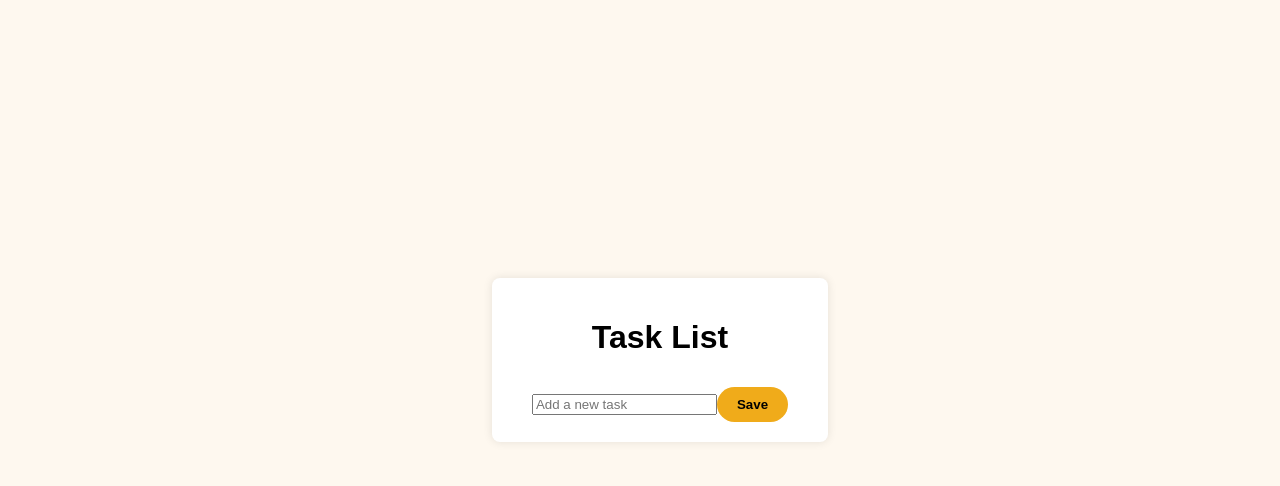
Repository: lpcmendoza/frontend-lab4
Page: /
An editor plug-in stored every save of this project. The page is shown before and after the next save, followed by the edit.
The browser window is 1280 px wide. The pictures show the whole page.
The project was rebuilt for these pictures with package versions that can differ from the ones it lists, and the page was loaded fresh each time. Also part of the build but not shown: vite.config.js, src/index.css.

Above is the page before, as saved 2024-10-19 19:08:03.

After the next save:
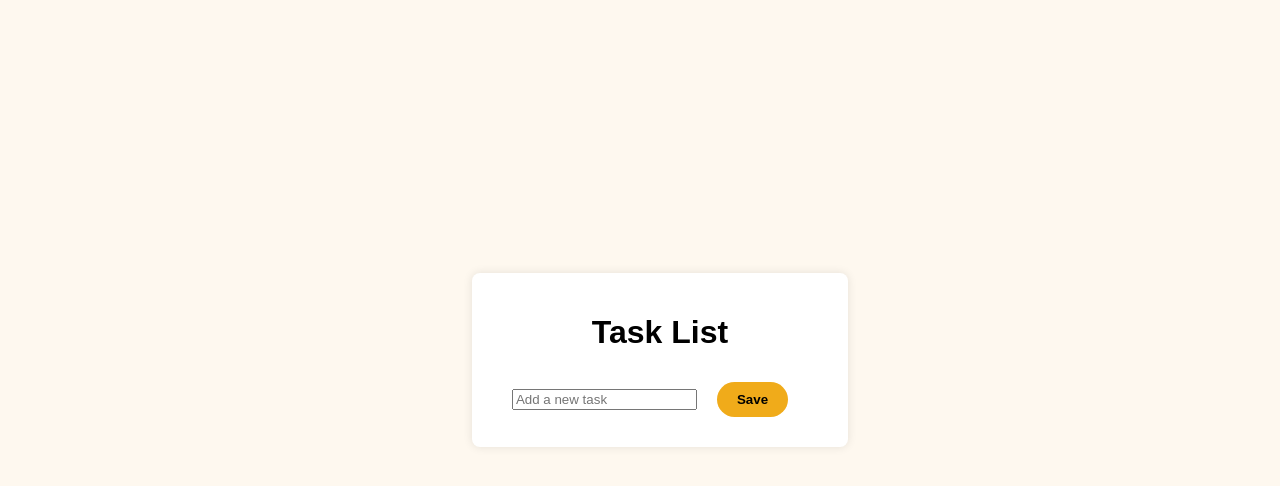
Saved 43 s later.
--- a/src/App.css
+++ b/src/App.css
@@ -35,7 +35,7 @@ li {
 }
 
 button {
-  margin-top: 10px;
+  margin: 10px 20px;
   padding: 10px 20px;
   background-color: #F0AB1A;
   color: black;
